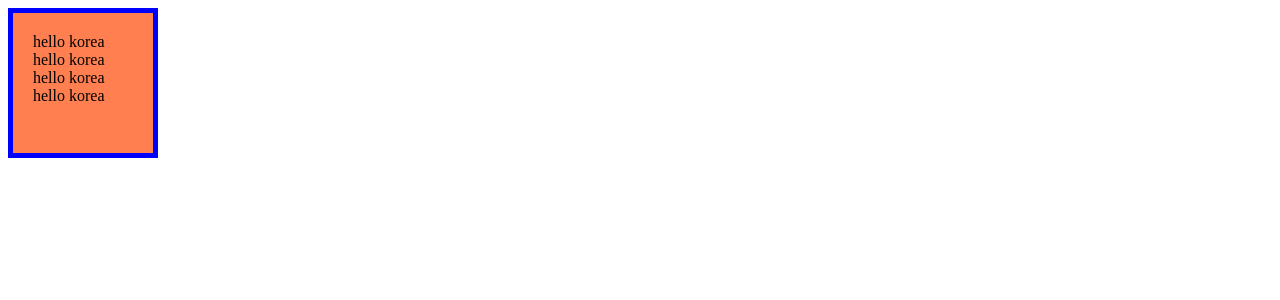
Repository: hminah0215/bitcamp
Page: http://localhost/day0218/exam01/ex05.jsp
An editor plug-in stored every save of this project. The page is shown before and after the next save, followed by the edit.
The browser window is 1280 px wide. The pictures show the whole page.
The page is served by Tomcat 9.

Above is the page before, as saved 2020-02-18 01:09:40.

After the next save:
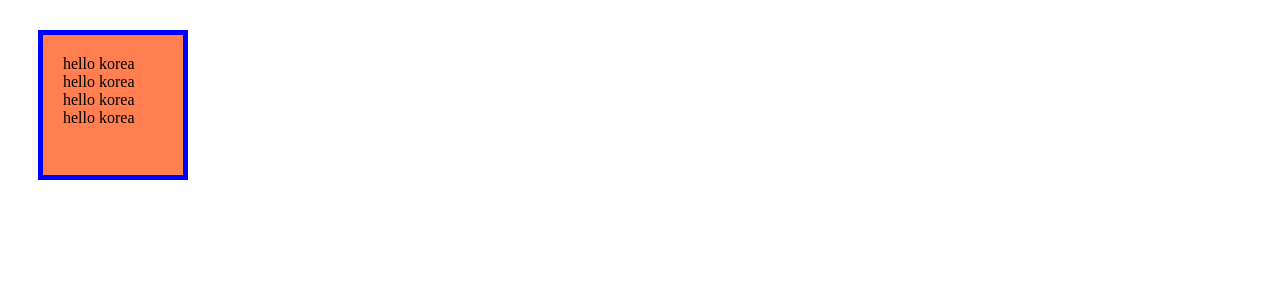
Saved 50 s later.
--- a/save_eclipse/day0218/WebContent/exam01/ex05.jsp
+++ b/save_eclipse/day0218/WebContent/exam01/ex05.jsp
@@ -7,7 +7,7 @@
 <title>Insert title here</title>
 <style type="text/css">
 	div{width: 100px; height: 100px; background: coral; border: 5px solid blue;
-	padding: 20px;}
+	padding: 20px; margin: 30px;}
 </style>
 </head>
 <body>
